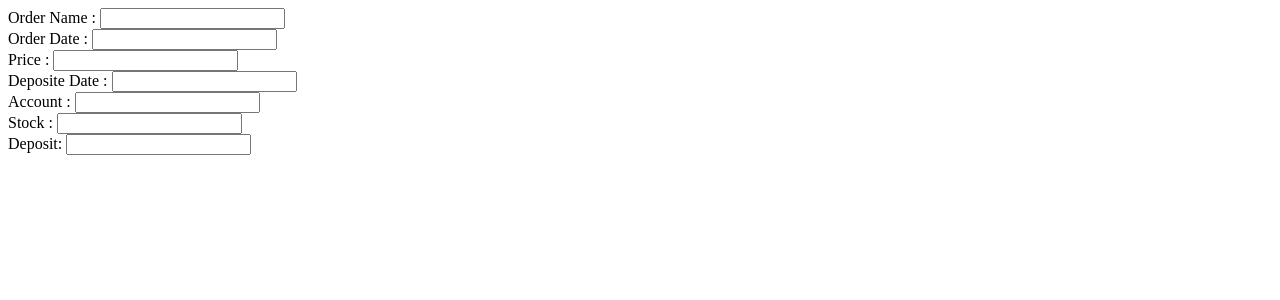
Repository: cheukyin21hk/DudeClothingConsole
Page: http://localhost/DudeClothing/WEB-INF/views/orderMgt.jsp
The author's editor kept a copy of each file at every save. The page is drawn from the files as they stood at one save, then again after the next save.
The browser window is 1280 px wide. The pictures show the whole page.
The page is served by Tomcat 9. Nobody is signed in. Other server files are loaded and not shown. The template is opened directly, without the code that normally fills it, so the values that code supplies are empty.

Above is the page before, as saved 2015-06-01 02:49:51.

### DudeClothing/src/main/webapp/WEB-INF/views/orderMgt.jsp
<%@ page language="java" contentType="text/html; charset=UTF-8"
	pageEncoding="UTF-8"%>
<!DOCTYPE html PUBLIC "-//W3C//DTD HTML 4.01 Transitional//EN" "http://www.w3.org/TR/html4/loose.dtd">
<html>
<head>
<meta http-equiv="Content-Type" content="text/html; charset=UTF-8">
<title>DudeClothing - Order Info Management</title>
</head>
<body>
	Order Name :
	<input type='text'>
	<br /> Order Date :
	<input type='text'>
	<br /> Price :
	<input type='text'>
	<br /> Deposite Date :
	<input type='text'>
	<br /> Account :
	<input type='text'>
	<br /> Stock :
	<input type='text'>
	<br /> Deposit:
	<input type='text'>
</body>
</html>

After the next save:
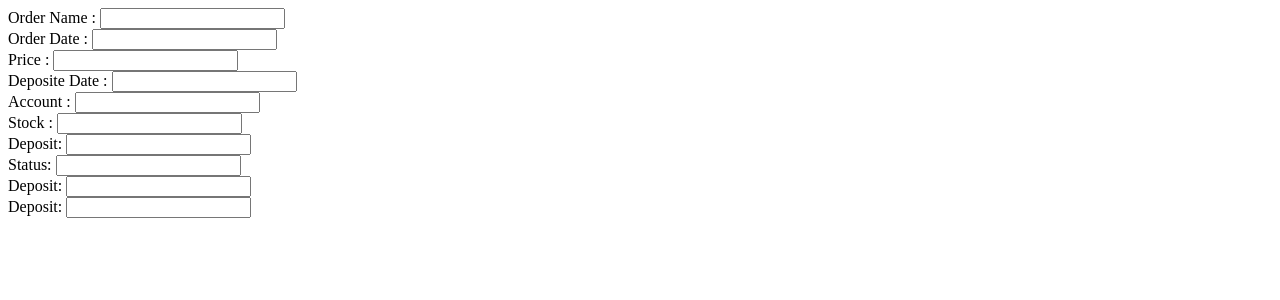
Saved 18 s later.
--- a/DudeClothing/src/main/webapp/WEB-INF/views/orderMgt.jsp
+++ b/DudeClothing/src/main/webapp/WEB-INF/views/orderMgt.jsp
@@ -21,5 +21,11 @@
 	<input type='text'>
 	<br /> Deposit:
 	<input type='text'>
+	<br /> Status:
+	<input type='text'>
+	<br /> Deposit:
+	<input type='text'>
+	<br /> Deposit:
+	<input type='text'>
 </body>
 </html>
